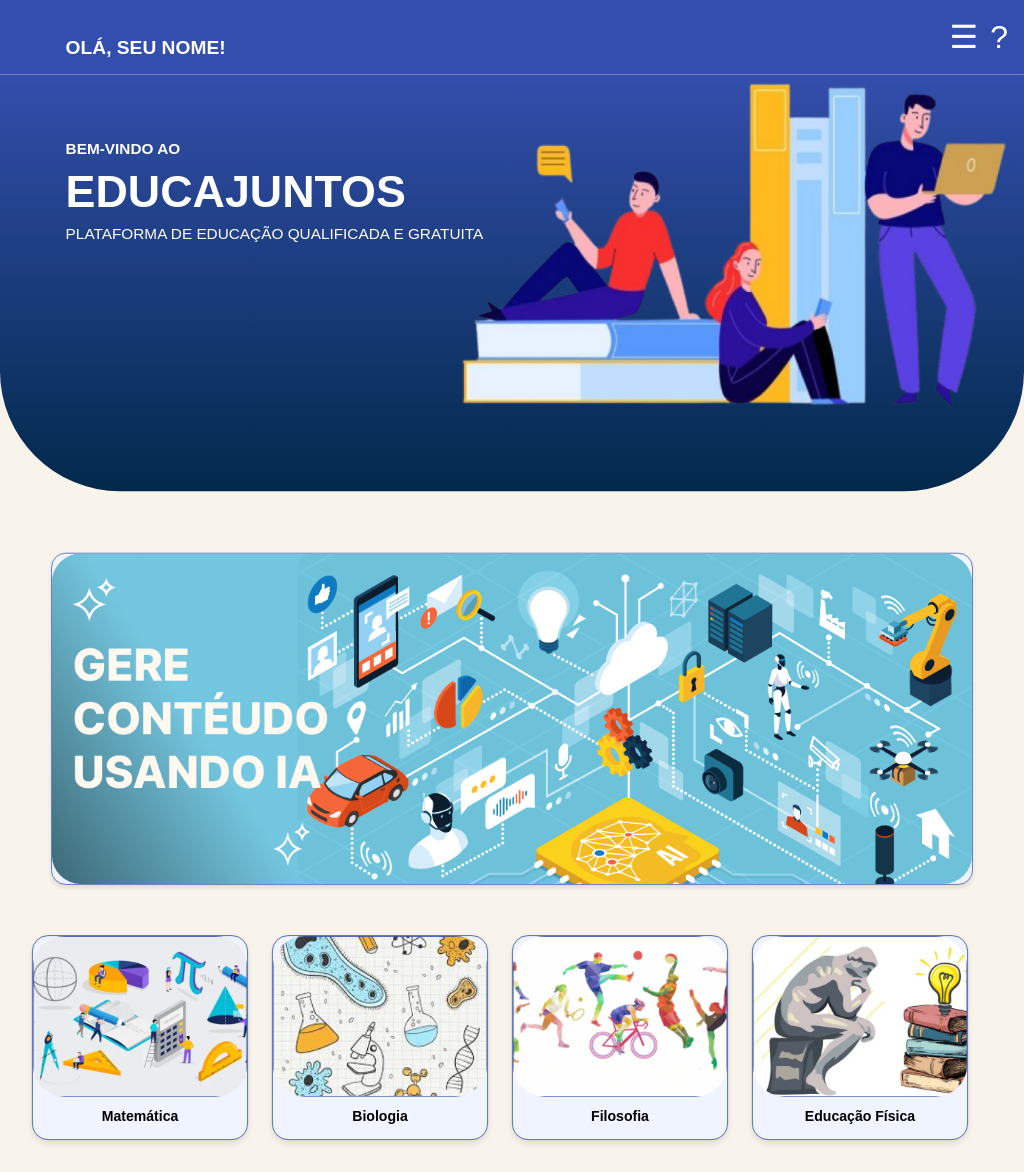
Repository: Matheus904-12/EDUCAJUNTOS
Page: inicio/index.html
An editor plug-in stored every save of this project. The page is shown before and after the next save, followed by the edit.
The browser window is 1280 px wide. The pictures show the whole page, at 80% of full size.

Above is the page before, as saved 2024-10-28 19:56:49.

### inicio/index.html
<!DOCTYPE html>
<html lang="pt-BR">

<head>
    <meta charset="UTF-8">
    <meta name="viewport" content="width=device-width, initial-scale=1.0">
    <title>Educajuntos</title>
    <link rel="stylesheet" href="style.css">
</head>

<body>
    <header>
        <h1>OLÁ, SEU NOME!</h1>
        <nav>
            <button class="menu-btn">&#9776;</button>
            <button class="help-btn">?</button>
        </nav>
    </header>

    <section class="hero">
        <h2>BEM-VINDO AO</h2>
        <h3>EDUCAJUNTOS</h3>
        <p>PLATAFORMA DE EDUCAÇÃO QUALIFICADA E GRATUITA</p>
        <div class="hero-image">
            <img src="../image/1.png" alt="Imagem ilustrativa de pessoas estudando">
        </div>
    </section>

    <br>
    <br>
    <br>

    <main>

        <div class="category-card large">
            <img src="../image/7.png" alt="IA">
        </div>

        <section class="categories">
            <div class="category-card">
                <img src="../image/2.png" alt="Matemática">
                <p>Matemática</p>
                <br>
            </div>
            <div class="category-card">
                <img src="../image/3.png" alt="Biologia">
                <p>Biologia</p>
                <br>
            </div>
            <div class="category-card">
                <img src="../image/6.png" alt="Filosofia">
                <p>Filosofia</p>
                <br>
            </div>
            <div class="category-card">
                <img src="../image/5.png" alt="Educação Física">
                <p>Educação Física</p>
                <br>
            </div>
        </section>
    </main>

    <script src="script.js"></script>
</body>

</html>

### inicio/style.css
* {
    margin: 0;
    padding: 0;
    box-sizing: border-box;
    font-family: Arial, sans-serif;
}

body {
    background-color: #F8F4EB;
    color: #333;
}

header {
    background-color: #334EAC;
    color: #fff;
    padding: 20px;
    display: flex;
    justify-content: space-between;
    align-items: center;
}

header h1 {
    font-size: 1.5em;
    margin-left: 5%;
    margin-top: 2%;
}

nav {
    display: flex;
    gap: 15px;
}

.menu-btn,
.help-btn {
    background: none;
    border: none;
    color: #fff;
    font-size: 2.5em;
    cursor: pointer;
}

/* Hero Section with Rounded Bottom Borders and Centered Image */
.hero {
    background: linear-gradient( #334EAC, #02294b);
    color: #fff;
    padding: 20px 20px;
    border-bottom-left-radius: 150px;
    border-bottom-right-radius: 150px;
    position: relative;
    display: flex;
    flex-direction: column;
    align-items: flex-start;
    overflow: hidden;

}

.hero h2 {
    font-size: 1.2em;
    margin-bottom: 10px;
    font-weight: bold;
    margin-left: 5%;
    margin-top: 5%;
}

.hero h3 {
    font-size: 3.5em;
    margin-bottom: 10px;
    font-weight: bold;
    margin-left: 5%;
}

.hero p {
    font-size: 1.2em;
    margin-bottom: 20px;
    margin-left: 5%;
}

.hero-image {
    display: flex;
    margin-left: 40%;
    width: 782px;
    height: 580px;
    margin-top: -25%;
}

.hero-image img {
    width: 100%;
    height: auto;
    border-radius: 0 0 150px 150px;
}

/* Categories Section */
.categories {
    display: grid;
    grid-template-columns: repeat(4, 1fr);
    gap: 0px;
    padding: 40px;
}

.category-card {
    background-color: #F0F4FF; /* Cor de fundo suave */
    border: 1px solid #334EAC; /* Contorno azul */
    border-radius: 20px;
    text-align: center;
    box-shadow: 0px 4px 8px rgba(0, 0, 0, 0.1);
    width: 90%;
    height: 100%;

}

.category-card img {
    width: 100%;
    border-radius: 40px;
    margin-top: 0px;
}

.category-card p {
    margin-top: 10px;
    font-size: 1.1em;
    font-weight: bold;
    color: #000000;
}

/* Ajuste do card para o modo grande */
.category-card.large {
    grid-column: span 2;
    display: flex;
    justify-content: center;
    align-items: center;
    font-size: 1.5em;
    font-weight: bold;
    width: 100%;
    transform: scale(90%);
    border
}

### inicio/script.js
document.addEventListener('DOMContentLoaded', () => {
    const menuButton = document.querySelector('.menu-btn');
    const dropdownMenu = document.querySelector('.dropdown-menu');

    menuButton.addEventListener('click', () => {
        dropdownMenu.style.display = dropdownMenu.style.display === 'block' ? 'none' : 'block';
    });

    // Fecha o menu dropdown ao clicar fora dele
    document.addEventListener('click', (event) => {
        if (!menuButton.contains(event.target) && !dropdownMenu.contains(event.target)) {
            dropdownMenu.style.display = 'none';
        }
    });
});

After the next save:
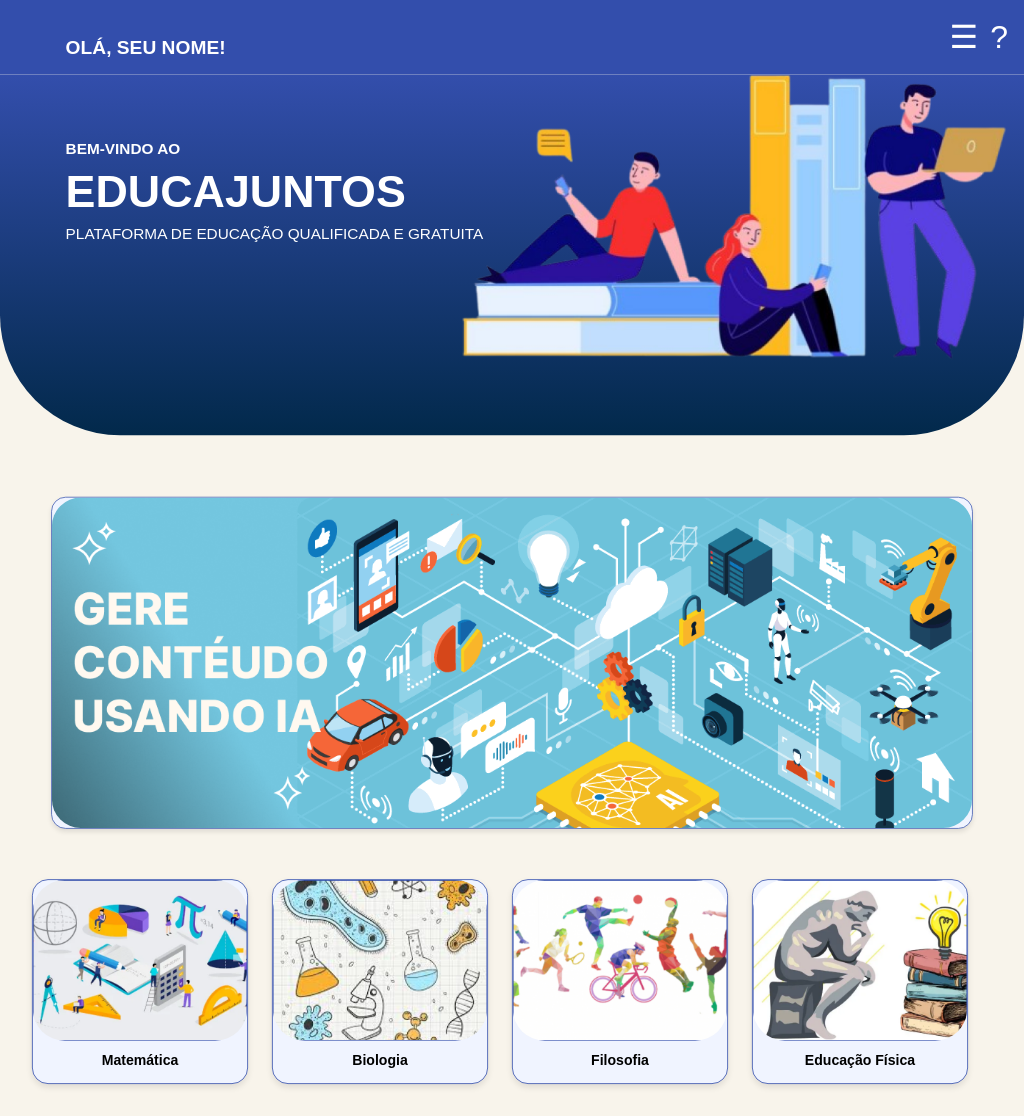
Saved 10 s later.
--- a/inicio/style.css
+++ b/inicio/style.css
@@ -79,7 +79,7 @@
     display: flex;
     margin-left: 40%;
     width: 782px;
-    height: 580px;
+    height: 510px;
     margin-top: -25%;
 }
 

After the 2 saves that followed:
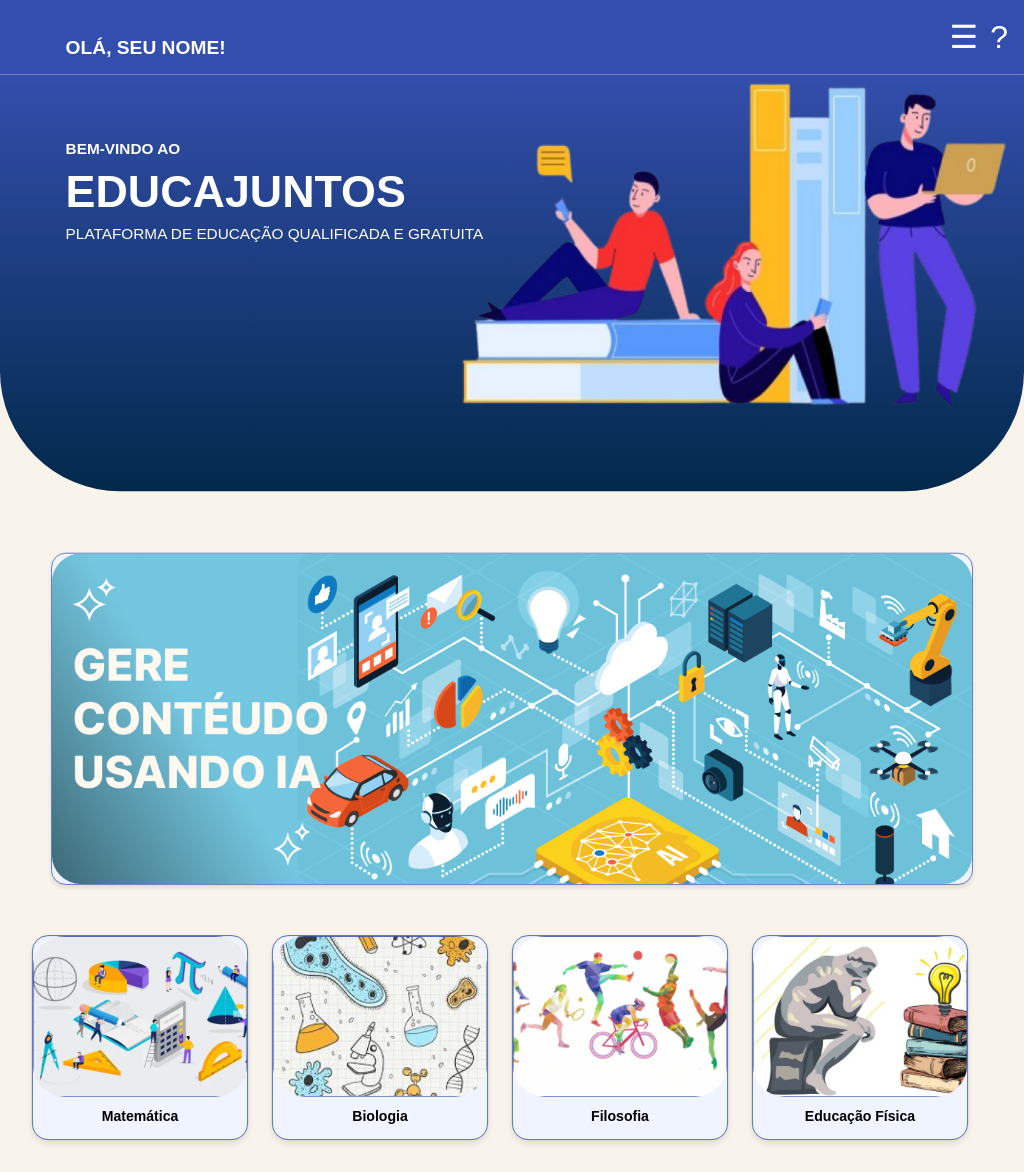
The 2 saves are shown as one change because they came seconds apart.
The last was saved 7 s later.
--- a/inicio/style.css
+++ b/inicio/style.css
@@ -79,7 +79,7 @@
     display: flex;
     margin-left: 40%;
     width: 782px;
-    height: 510px;
+    height: 580px;
     margin-top: -25%;
 }
 
